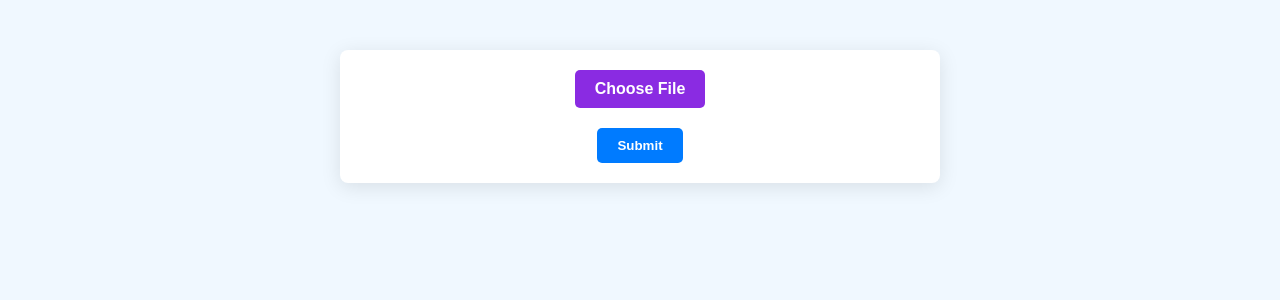
Repository: Muskan1Kumari4draw/React-app-with-concept
Page: /
The author's editor kept a copy of each file at every save. The page is drawn from the files as they stood at one save, then again after the next save.
The browser window is 1280 px wide. The pictures show the whole page.
The project was rebuilt for these pictures with package versions that can differ from the ones it lists, and the page was loaded fresh each time.

Above is the page before, as saved 2024-10-22 11:41:58.

### src/App.js
import React from "react";
// import Restaurant from "./component/Basic/Restaurant";

// import UseState from "./component/Hooke/useState";
// import UseEffect from "./component/Hooke/UseEffect";
import FileUpload from "./component/File-upload/FileUpload";
// import Restaurant from "./component/Basic/Restaurant";
// import Navbar from "./component/Basic/Navbar";
const App = () => {
  return (
    <>
      <FileUpload />
      {/* <Restaurant /> */}
      {/* <UseState className="Use" /> */}
      {/* <UseEffect className="Use" /> */}
    </>
  );
};

export default App;

### src/component/File-upload/FileUpload.js
import React from "react";
import "./style.css";

const FileUpload = () => {
  return (
    <>
      <div className="container">
        <form className="form-control">
          <label className="label" htmlFor="file">
            Choose File
          </label>
          <input
            className="form-control input"
            type="file"
            id="file"
            name="file"
          />
          <button type="submit">Submit</button>
        </form>
      </div>
    </>
  );
};

export default FileUpload;

### src/component/File-upload/style.css
* {
  margin: 0;
  padding: 0;
  box-sizing: border-box;
}

body {
  font-family: Arial, sans-serif;
  background-color: #f0f8ff;
}

.container {
  width: 100%;
  max-width: 600px;
  margin: 50px auto;
  padding: 20px;
  border-radius: 8px;
  box-shadow: 0 4px 20px rgba(0, 0, 0, 0.1);
  background-color: #ffffff;
}

.form-control {
  display: flex;
  flex-direction: column;
  align-items: center;
}

input[type="file"] {
  display: none;
}

.label {
  display: inline-block;
  padding: 10px 20px;
  background-color: blueviolet;
  color: white;
  border-radius: 5px;
  cursor: pointer;
  font-weight: bold;
  transition: background-color 0.3s ease;
}

.label:hover {
  background-color: darkviolet;
}

button {
  margin-top: 20px;
  padding: 10px 20px;
  border: none;
  border-radius: 5px;
  background-color: #007bff;
  color: white;
  font-weight: bold;
  cursor: pointer;
  transition: background-color 0.3s ease;
}

button:hover {
  background-color: #0056b3;
}

Loaded but not shown: public/index.html (common file); src/index.js (common file); src/reportWebVitals.js (common file)

After the next save:
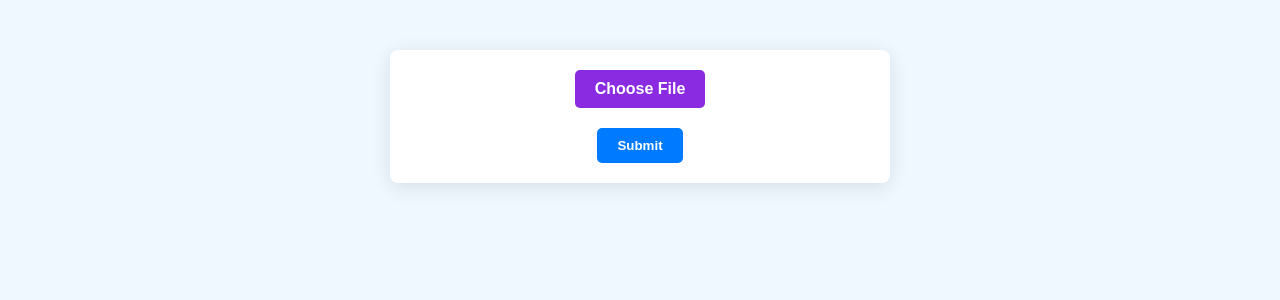
Saved 8 s later.
--- a/src/component/File-upload/style.css
+++ b/src/component/File-upload/style.css
@@ -11,7 +11,7 @@ body {
 
 .container {
   width: 100%;
-  max-width: 600px;
+  max-width: 500px;
   margin: 50px auto;
   padding: 20px;
   border-radius: 8px;
